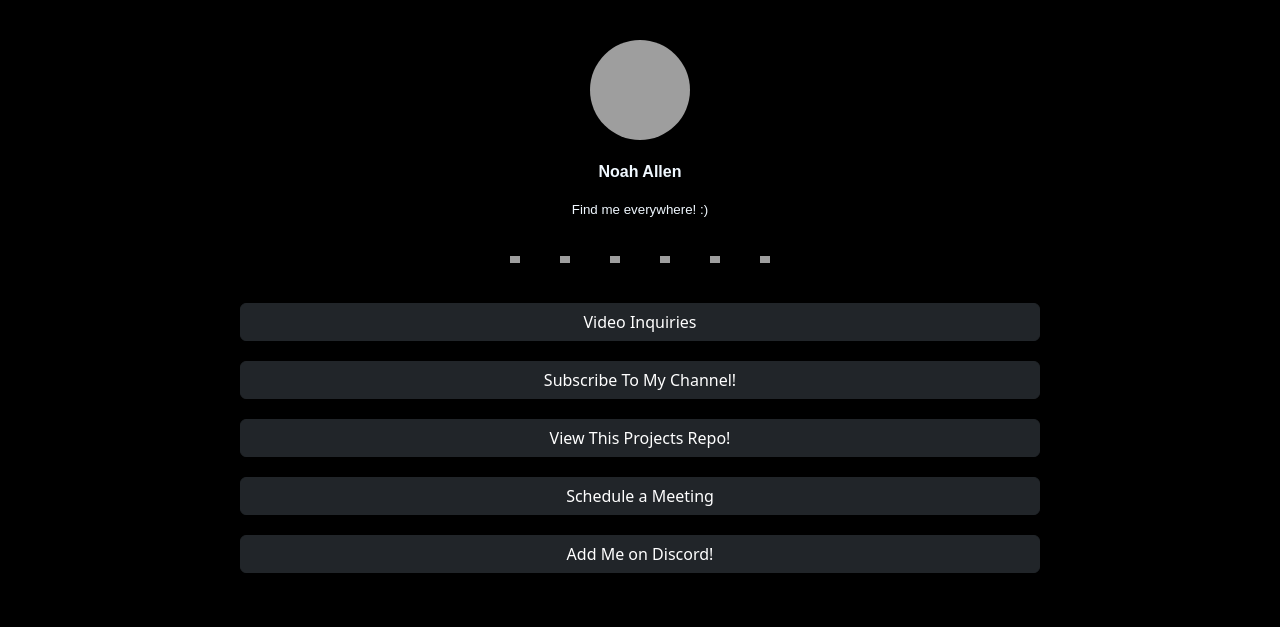
Repository: noahcallen/LAB-link-in-bio
Page: index.html
An editor plug-in stored every save of this project. The page is shown before and after the next save, followed by the edit.
The browser window is 1280 px wide. The pictures show the whole page.
Pictures or frames that could not be fetched are drawn as grey boxes.

Above is the page before, as saved 2024-07-13 14:03:08.

### index.html
<!DOCTYPE html>
<html lang="en">
<head>
  <meta charset="UTF-8">
  <meta name="viewport" content="width=device-width, initial-scale=1.0">
  <title>Link In Bio</title>
  <link href="https://cdn.jsdelivr.net/npm/bootstrap@5.3.3/dist/css/bootstrap.min.css" rel="stylesheet" integrity="sha384-QWTKZyjpPEjISv5WaRU9OFeRpok6YctnYmDr5pNlyT2bRjXh0JMhjY6hW+ALEwIH" crossorigin="anonymous">
  <link rel="stylesheet" href="main.css">
</head>
<body>

  <div class="container">
      <img src="https://avatars.githubusercontent.com/u/136144179?v=4" class="card-img-top" >
      <!-- Text  -->
      <div class="name">
        <p>Noah Allen</p>
      </div>
      <div class="message">
        <p>Find me everywhere! :)</p>
      </div>
      <!-- End Text  -->

      <!-- Start Social Links -->
       <div class="socials">
        <img src="https://encrypted-tbn0.gstatic.com/images?q=tbn:ANd9GcR8ALE7oHkCVQW__BqksKPvfOMVRld6PdFwwkGmH8uDJ3YEy_ublWKWsEdTTQjP0spD8q0&usqp=CAU" alt="" width="50px" class="png">
        <img src="https://encrypted-tbn0.gstatic.com/images?q=tbn:ANd9GcSZE04GAOT6LgF5lVla1uWH3ayJ8zGBKlIE1A&s" alt="" width="50px" class="png">
        <img src="https://uxwing.com/wp-content/themes/uxwing/download/brands-and-social-media/youtube-app-white-icon.png" alt="" width="50px" class="png">
        <img src="https://uxwing.com/wp-content/themes/uxwing/download/brands-and-social-media/tiktok-round-white-icon.png" alt="" width="50px" class="png">
        <img src="https://encrypted-tbn0.gstatic.com/images?q=tbn:ANd9GcSdWgDleYaMDY3x_ejUUS-83F7dAkAAd9ucXQ&s" alt="" width="50px" class="png">
        <img src="https://static.vecteezy.com/system/resources/thumbnails/019/874/344/small/instagram-apps-icon-free-png.png" alt="" width="50px" class="png">

       </div>
    <div class="row">
      <div class="col">
        <button type="button" class="btn btn-dark">Video Inquiries</button>
        <button type="button" class="btn btn-dark">Subscribe To My Channel!</button>
        <button type="button" class="btn btn-dark">View This Projects Repo!</button>
        <button type="button" class="btn btn-dark">Schedule a Meeting</button>
        <button type="button" class="btn btn-dark">Add Me on Discord!</button>
      </div>
    </div>
  </div>






  <script src="main.js"></script>
  <script src="https://cdn.jsdelivr.net/npm/bootstrap@5.3.3/dist/js/bootstrap.bundle.min.js" integrity="sha384-YvpcrYf0tY3lHB60NNkmXc5s9fDVZLESaAA55NDzOxhy9GkcIdslK1eN7N6jIeHz" crossorigin="anonymous"></script>

</body>
</html>

### main.css
body {
  background-color:black;
}

.container {
  display: flex;
  flex-direction: column;
  align-items: center;
  padding: 40px;
}
.card-img-top {
  border-radius: 50%;
  height: 100px;
  width: 100px;
  margin-bottom: 20px;
}

.btn {
  display: flex;
  justify-content: space-around;
  text-align: center;
  margin: 20px;
  padding-left: 250px;
  padding-right: 250px;
  width: 800px;
}

.name {
  color: aliceblue;
  font-weight: bold;
  font-family: Arial, Helvetica, sans-serif;
}

.message {
  color: aliceblue;
  font-family: Arial, Helvetica, sans-serif;
  font-size: smaller;
}

.socials {
  display: flex;
  justify-content: center;
  padding-left: 25px;
  padding-right: 25px;
  margin: 20px;
}

.png {
  padding-left: 20px;
  padding-right: 20px;
}

Loaded but not shown: main.js (common file)

After the next save:
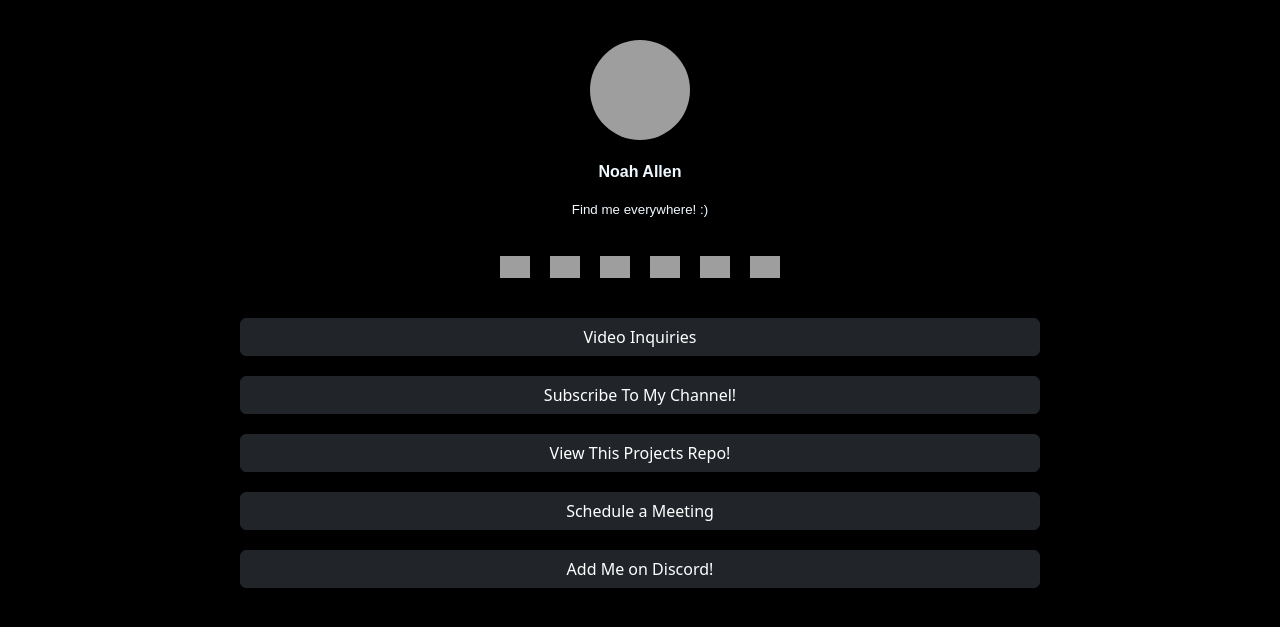
Saved 14 s later.
--- a/main.css
+++ b/main.css
@@ -46,6 +46,6 @@ body {
 }
 
 .png {
-  padding-left: 20px;
-  padding-right: 20px;
+  padding-left: 10px;
+  padding-right: 10px;
 }
